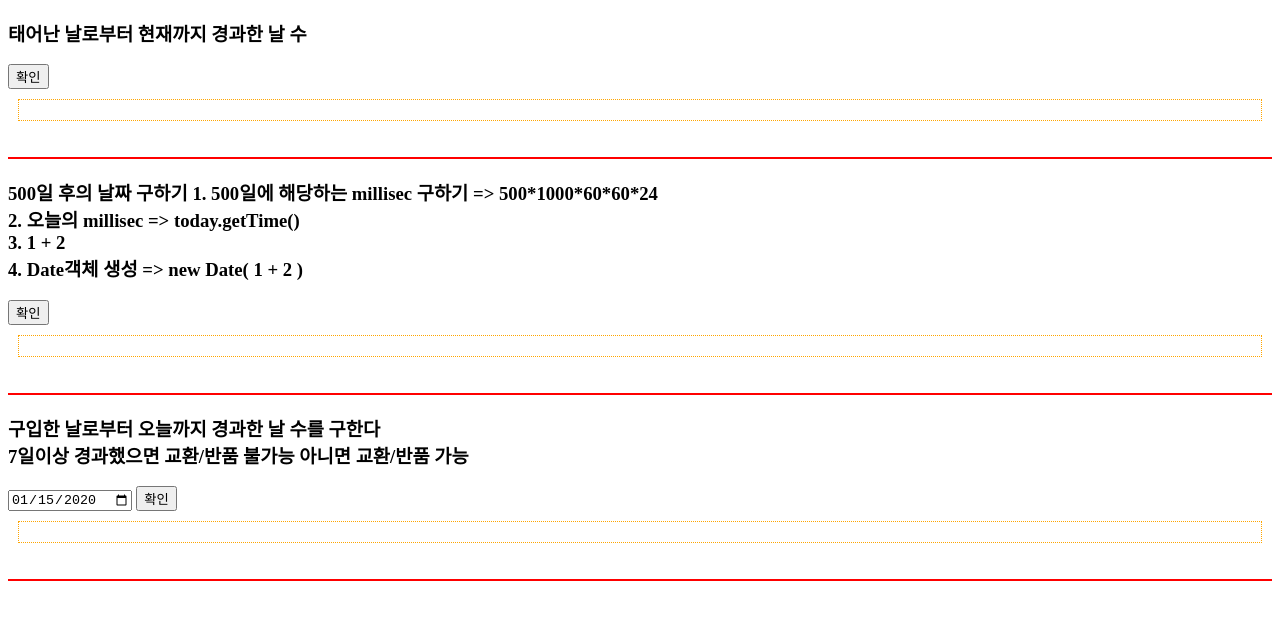
Repository: solsol7/ddit-html
Page: webpro/WebContent/0711/date객체2.html
An editor plug-in stored every save of this project. The page is shown before and after the next save, followed by the edit.
The browser window is 1280 px wide. The pictures show the whole page.
Empty fields were first filled with sample values (such as "Sample", 5 or name@example.com).
After loading, the first visible `input[onclick="proc3()"]` was clicked once.

Above is the page before, as saved 2023-07-11 06:07:23.
Console error: ReferenceError: str is not defined

After the next save:
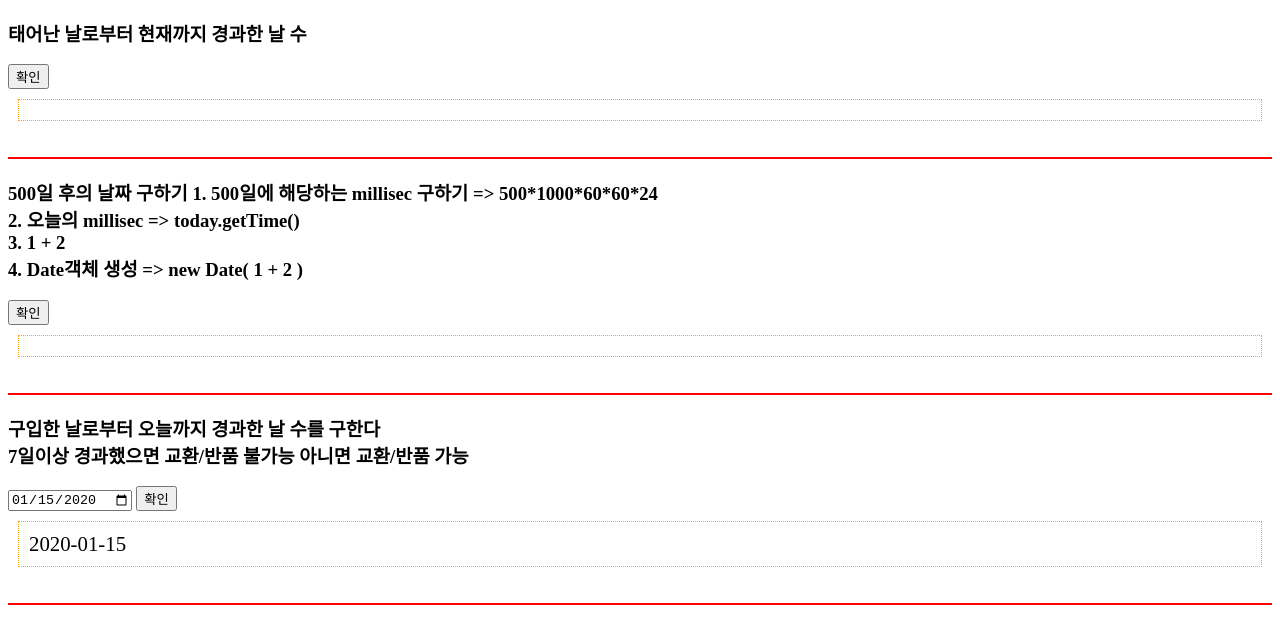
The error is gone.
Saved 5 s later.
--- a/webpro/WebContent/0711/date객체2.html
+++ b/webpro/WebContent/0711/date객체2.html
@@ -46,7 +46,7 @@ proc2 = () => {
 proc3 = () => {
 	pdate = document.getElementById('pdate').value
 
-	document.getElementById('result3').innerHTML = str;
+	document.getElementById('result3').innerHTML = pdate;
 
 }
 </script>
